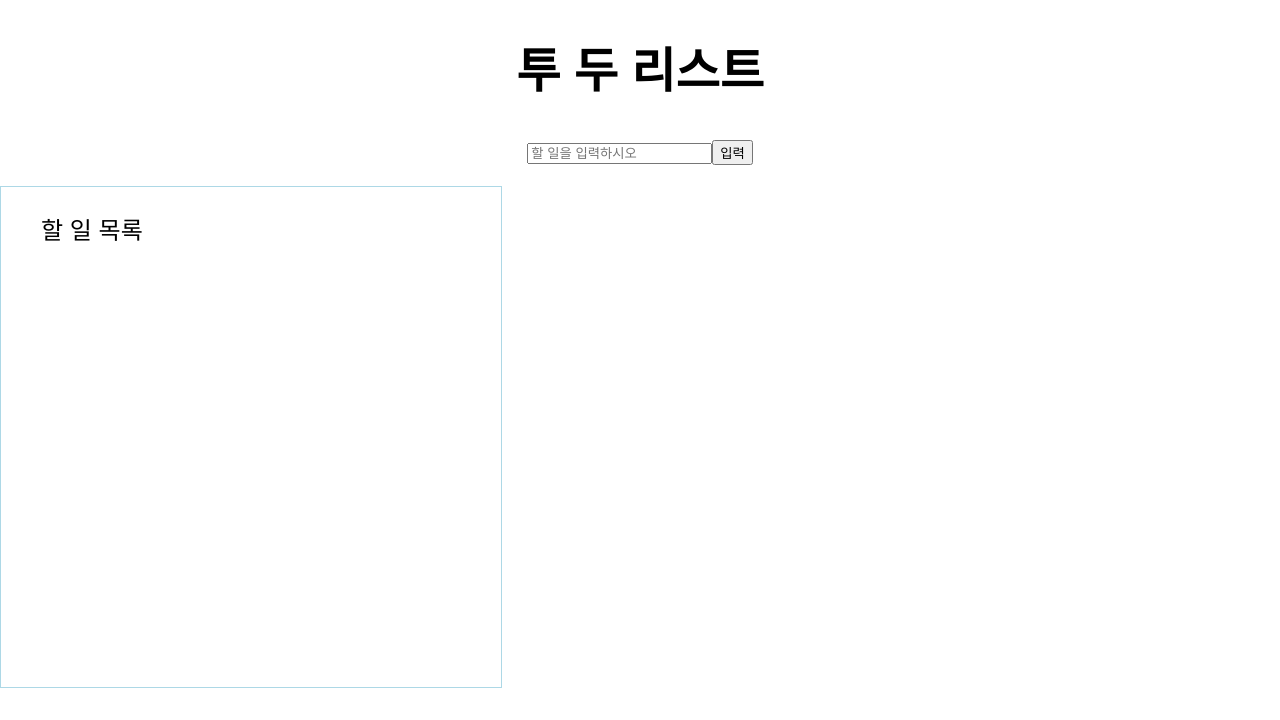
Repository: jun01270/Todo-List_React
Page: /
The author's editor kept a copy of each file at every save. The page is drawn from the files as they stood at one save, then again after the next save.
The browser window is 1280 px wide. The pictures show the whole page.
The project was rebuilt for these pictures with package versions that can differ from the ones it lists, and the page was loaded fresh each time.

Above is the page before, as saved 2023-01-02 17:21:38.

After the next save:
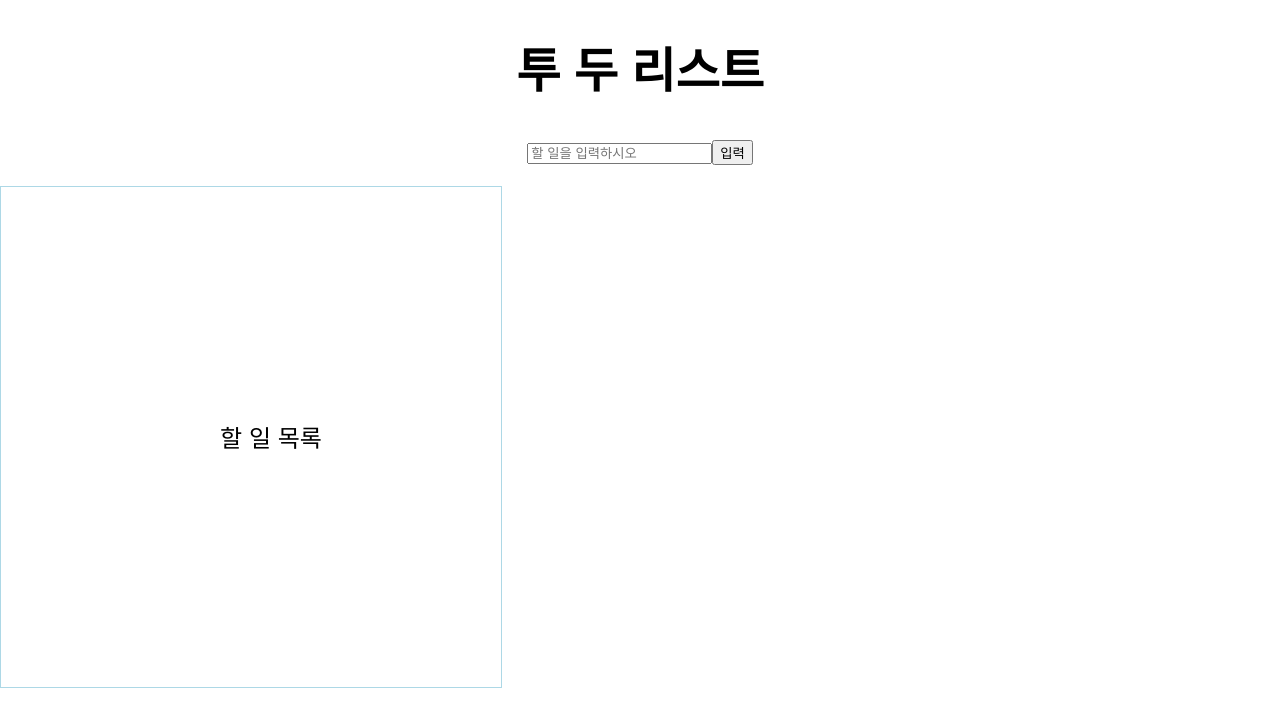
Saved 9 s later.
--- a/src/App.css
+++ b/src/App.css
@@ -13,4 +13,7 @@
   height: 500px;
   border: 1px solid lightblue;
   display: flex;
+  justify-content: center;
+  text-align: center;
+  flex-direction: column;
 }
